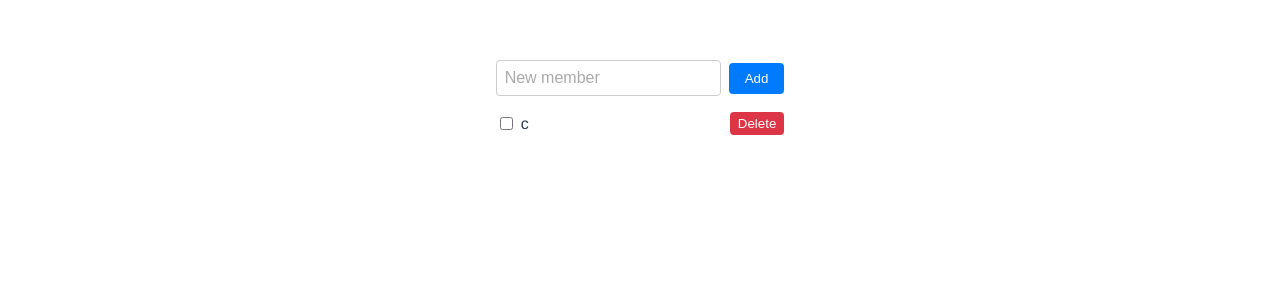
Repository: anhthu112/Todo-list
Page: /
These files come from the project's save history. The page is drawn as it stood at one moment and after the next save; the edit follows.
The browser window is 1280 px wide. The pictures show the whole page.
The project was rebuilt for these pictures with package versions that can differ from the ones it lists, and the page was loaded fresh each time. Requests to the local data server were answered from the project's data file. Also part of the build but not shown: vue.config.js.

Above is the page before, as saved 2024-02-01 11:22:40.

After the next save:
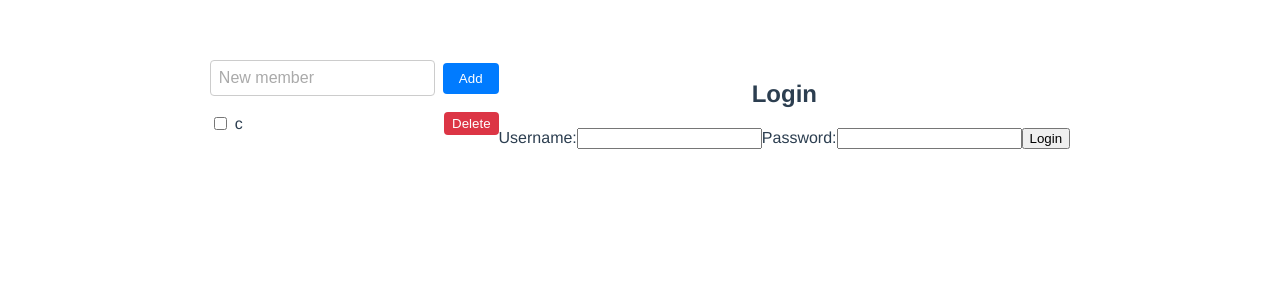
Saved 85 s later.
--- a/src/App.vue
+++ b/src/App.vue
@@ -7,12 +7,14 @@
 
 <script>
 import CompTodo from './components/CompTodo.vue';
+import Login from './components/Login.vue'
 
 export default {
   name: 'App',
 
   components: {
     CompTodo,
+    Login,
 },
 }
 </script>
